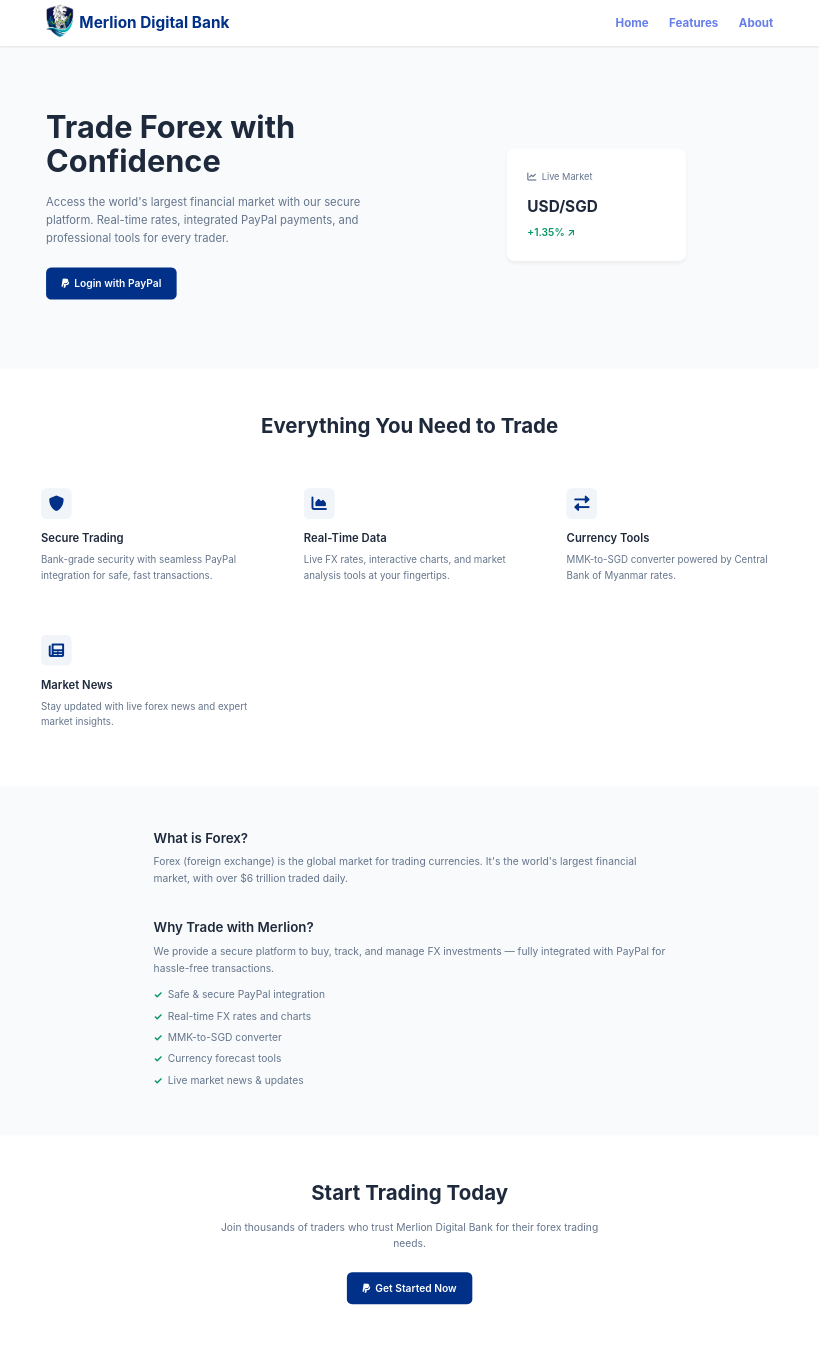
Repository: MayThetNaingBo/MerlionFX-app
Page: http://localhost/
An editor plug-in stored every save of this project. The page is shown before and after the next save, followed by the edit.
The browser window is 1280 px wide. The pictures show the whole page, at 64% of full size.
The page is served by the project's application, run on Flask 3 (app.py).

Above is the page before, as saved 2025-08-07 23:50:07.

After the next save:
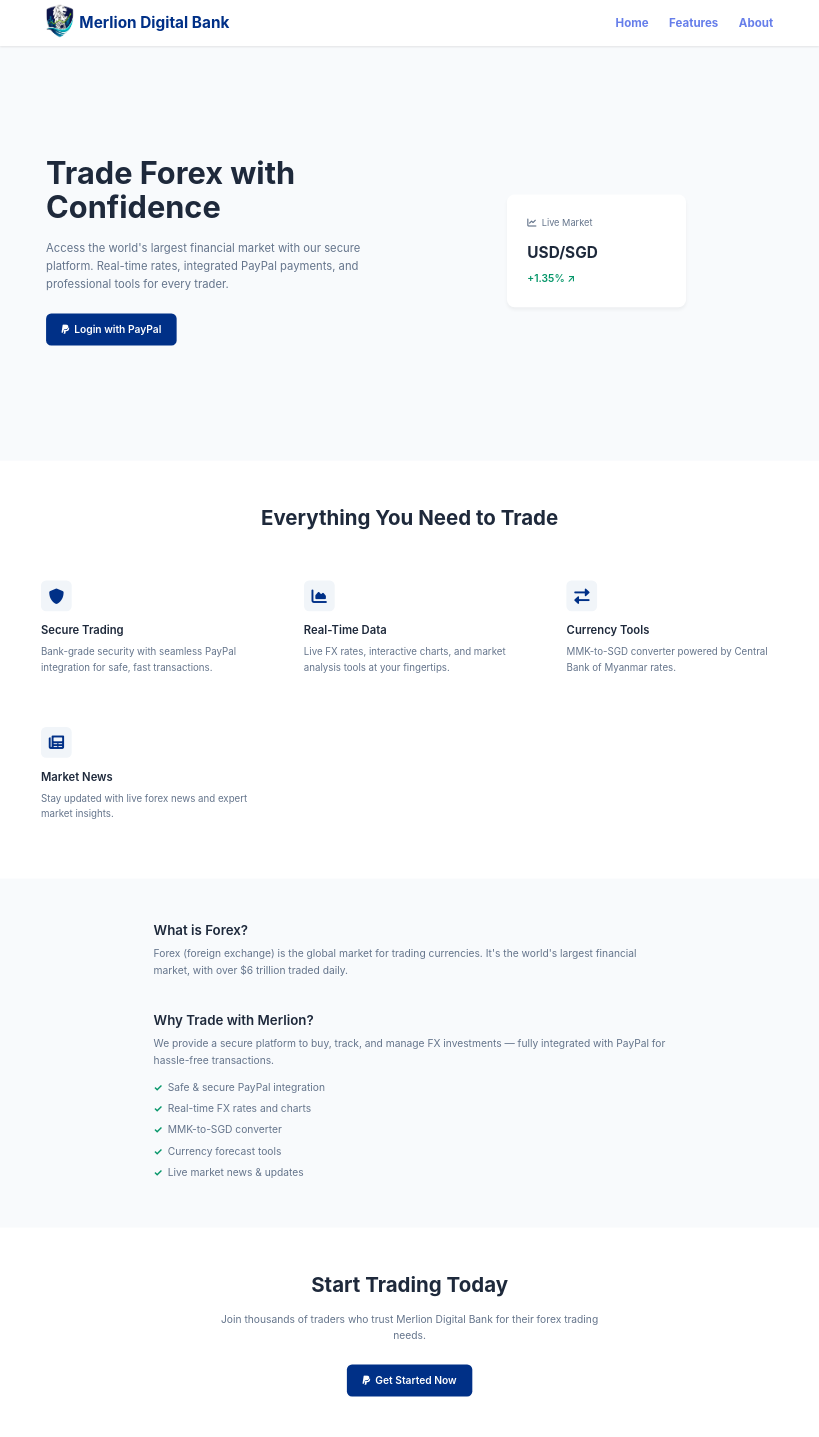
Saved 13 s later.
--- a/templates/index.html
+++ b/templates/index.html
@@ -91,7 +91,7 @@
             grid-template-columns: 1fr 1fr;
             gap: 2rem;
             align-items: center;
-            min-height: 80vh;
+            min-height: 100vh;
         }
 
         .hero-content h1 {
